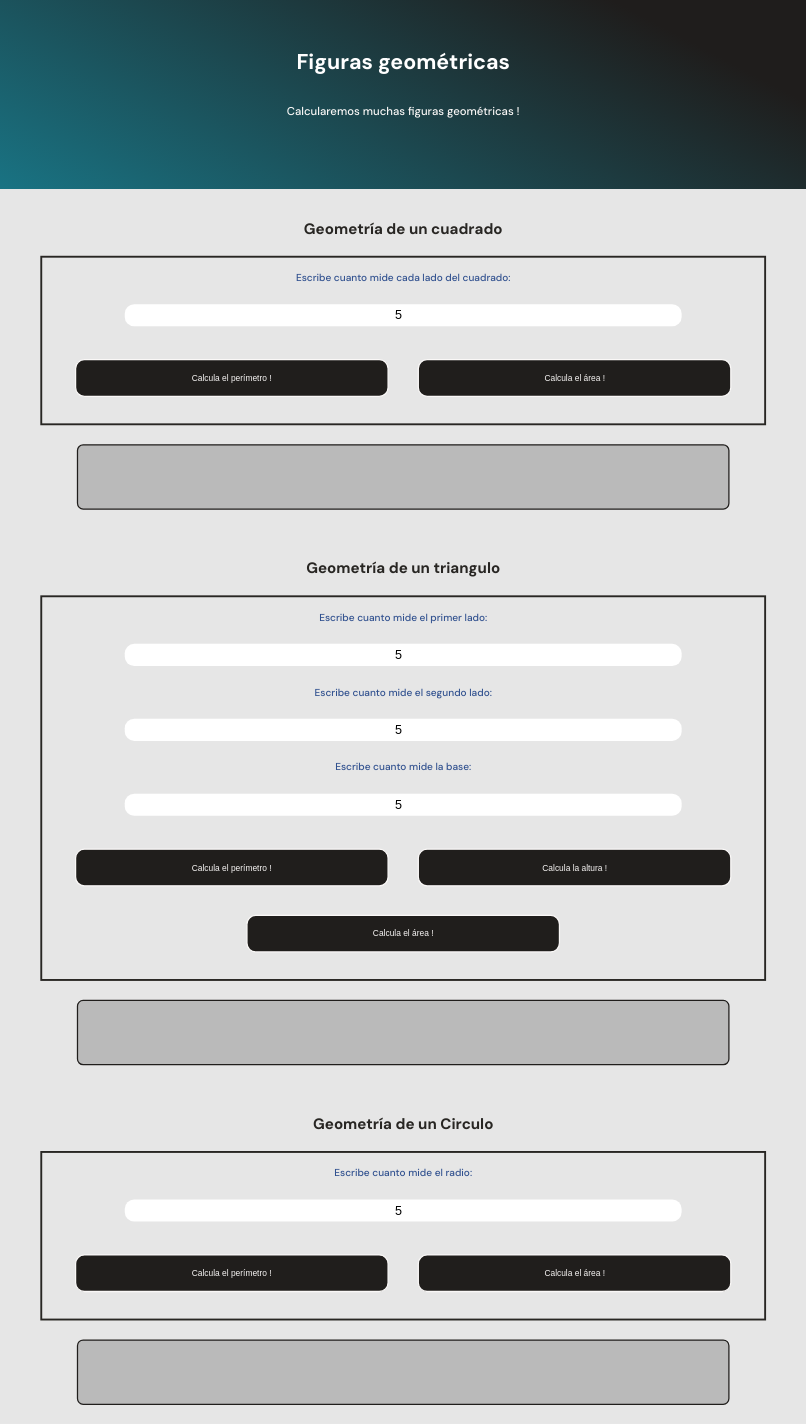
Repository: ChristianGecchelin/javascript-project
Page: javascript-project/figuras-geometricas/figuras.html
These files come from the project's save history. The page is drawn as it stood at one moment and after the next save; the edit follows.
The browser window is 1280 px wide. The pictures show the whole page, at 63% of full size.
Empty fields were first filled with sample values (such as "Sample", 5 or name@example.com).
After loading, the first visible `button[onclick="calcularAreaCirculo()"]` was clicked once.

Above is the page before, as saved 2021-12-05 18:55:07.
Console error: ReferenceError: precioConDescuento is not defined

### javascript-project/figuras-geometricas/figuras.html
<!DOCTYPE html>
<html lang="en">
  <head>
    <meta charset="UTF-8" />
    <meta http-equiv="X-UA-Compatible" content="IE=edge" />
    <meta name="viewport" content="width=device-width, initial-scale=1.0" />
    <title>Figuras geométricas | Proyecto 1</title>
    <link rel="preconnect" href="https://fonts.googleapis.com" />
    <link rel="preconnect" href="https://fonts.gstatic.com" crossorigin />
    <link
      href="https://fonts.googleapis.com/css2?family=DM+Sans:wght@400;500;700&family=Inter:wght@300;500&display=swap"
      rel="stylesheet"
    />
    <link rel="stylesheet" href="./style.css" />
  </head>
  <body>
    <header>
      <div class="header--title-container">
        <h1>Figuras geométricas</h1>
        <p>Calcularemos muchas figuras geométricas !</p>
      </div>
    </header>
    <main>
      <section class="main-calculadora-contenedor">
        <h2 class="main-calculadora-contenedor--title">
          Geometría de un cuadrado
        </h2>
        <div class="main-calculadora-form-contenedor">
          <form action="">
            <label class="form--label-input" for="inputCuadrado"
              >Escribe cuanto mide cada lado del cuadrado:</label
            >
            <input class="form--input" type="number" id="inputCuadrado" />
            <button
              class="form--input-boton"
              type="button"
              onclick="calcularPerimetroCuadrado()"
            >
              Calcula el perímetro !
            </button>
            <button
              class="form--input-boton"
              type="button"
              onclick="calcularAreaCuadrado()"
            >
              Calcula el área !
            </button>
            <!-- type button, para quitarle el submit por defecto y que no me redireccione a ningun lado -->
          </form>
        </div>
        <section class="container-answer">
          <p id="resultFunction"></p>
        </section>
      </section>
      <section class="main-calculadora-contenedor">
        <h2 class="main-calculadora-contenedor--title">
          Geometría de un triangulo
        </h2>
        <div class="main-calculadora-form-contenedor">
          <form action="">
            <label class="form--label-input" for="inputLado1"
              >Escribe cuanto mide el primer lado:</label
            >
            <input class="form--input" type="number" id="inputLado1" />
            <label class="form--label-input" for="inputLado2"
              >Escribe cuanto mide el segundo lado:</label
            >
            <input class="form--input" type="number" id="inputLado2" />
            <label class="form--label-input" for="inputBase"
              >Escribe cuanto mide la base:</label
            >
            <input class="form--input" type="number" id="inputBase" />
            <button
              class="form--input-boton"
              type="button"
              onclick="calcularPerimetroTriangulo()"
            >
              Calcula el perímetro !
            </button>
            <button
              class="form--input-boton"
              type="button"
              onclick="calcularAlturaTriangulo()"
            >
              Calcula la altura !
            </button>
            <button
              class="form--input-boton"
              type="button"
              onclick="calcularAreaTriangulo()"
            >
              Calcula el área !
            </button>
            <!-- type button, para quitarle el submit por defecto y que no me redireccione a ningun lado -->
          </form>
        </div>
        <section class="container-answer">
          <p id="resultFunction"></p>
        </section>
      </section>
      <section class="main-calculadora-contenedor">
        <h2 class="main-calculadora-contenedor--title">
          Geometría de un Circulo
        </h2>
        <div class="main-calculadora-form-contenedor">
          <form action="">
            <label class="form--label-input" for="inputRadio"
              >Escribe cuanto mide el radio:</label
            >
            <input class="form--input" type="number" id="inputRadio" />
            <button
              class="form--input-boton"
              type="button"
              onclick="calcularPerimetroCirculo()"
            >
              Calcula el perímetro !
            </button>
            <button
              class="form--input-boton"
              type="button"
              onclick="calcularAreaCirculo()"
            >
              Calcula el área !
            </button>
            <!-- type button, para quitarle el submit por defecto y que no me redireccione a ningun lado -->
          </form>
        </div>
        <section class="container-answer">
          <p id="resultFunction"></p>
        </section>
      </section>
    </main>
    <script src="./figurasConFunciones.js"></script>
  </body>
</html>

### javascript-project/figuras-geometricas/style.css
:root {
  --Dark-lightblue: #197383;
  --soft-orange: #ffe9d5;
  --secondary-blue: #1a9af7;
  --soft-blue: #e7f5ff;
  --warm-black: #201e1c;
  --black: #282623;
  --grey: #bababa;
  --off-white: #faf8f7;
  --just-white: #fff;
}
* {
  box-sizing: border-box;
  margin: 0;
  padding: 0;
}
html {
  font-size: 62.5%;
  font-family: "DM Sans", sans-serif;
}
header {
  position: relative;
  display: flex;
  flex-direction: column;
  justify-content: center;
  width: 100%;
  min-width: 320px;
  height: 300px;
  text-align: center;
  background: linear-gradient(207.8deg, #1f1d1c 16.69%, #197383 100%);
}
header .header--title-container {
  width: 90%;
  min-width: 288px;
  max-width: 900px;
  height: 200px;
  text-align: center;
  align-self: center;
}
header .header--title-container h1 {
  margin-top: 30px;
  margin-bottom: 50px;
  font-size: 3.4rem;
  font-weight: 700;
  line-height: 3.6rem;
  color: var(--just-white);
}
header .header--title-container p {
  font-size: 1.8rem;
  font-weight: 500;
  line-height: 2.2rem;
  color: var(--off-white);
}
main {
  width: 100%;
  height: auto;
  background-color: rgba(206, 206, 206, 0.5);
  min-width: 320px;
}
.main-calculadora-contenedor {
  width: 90%;
  min-width: 280px;
  height: auto;
  margin: 0 auto;
  padding-top: 50px;
  padding-bottom: 30px;
  text-align: center;
}
.main-calculadora-contenedor--title {
  margin-bottom: 30px;
  font-size: 2.4rem;
  font-weight: 700;
  line-height: 2.6rem;
  color: var(--black);
}
.main-calculadora-form-contenedor {
  display: flex;
  flex-direction: column;
  justify-content: center;
  height: auto;
  border: 3px solid var(--black);
  padding: 20px 20px;
}
.main-calculadora-form-contenedor .form--label-input {
  display: block;
  font-size: 1.6rem;
  font-weight: 500;
  line-height: 2.4rem;
  color: rgba(34, 68, 136, 0.92);
}
.main-calculadora-form-contenedor .form--input {
  display: block;
  width: 80%;
  height: 35px;
  margin: 30px auto;
  border: none;
  border-radius: 15px;
  text-align: center;
  font-size: 2rem;
  font-weight: 500;
}
.main-calculadora-form-contenedor .form--input:focus {
  border: 5px solid var(--Dark-lightblue);
  width: 85%;
  border-radius: 15px;
}
.main-calculadora-form-contenedor .form--input-boton {
  width: 45%;
  height: 60px;
  margin: 2%;
  padding: 5px 10px;
  border: 2px solid var(--off-white);
  border-radius: 15px;
  background-color: var(--warm-black);
  color: var(--off-white);
}
.container-answer {
  width: 90%;
  min-width: 260px;
  height: auto;
  margin: 0 auto;
  margin-top: 30px;
  padding-top: 50px;
  padding-bottom: 50px;
  text-align: center;
  background-color: #bababa;
  border: 2px solid var(--warm-black);
  border-radius: 10px;
}
.container-answer p {
  font-size: 3rem;
  font-weight: 700;
  line-height: 2.4rem;
  color: var(--Dark-lightblue);
}

### javascript-project/figuras-geometricas/figurasConFunciones.js
/* Codigo del cuadrado */
console.group("Cuadrado");
function perimetroCuadrado(lado) {
  return lado * 4;
}
/* console.log(`Perimetro del cuadrado es: ${perimetroCuadrado} cm.`); */
function areaCuadrado(lado) {
  return (
    lado ** 2
  ); /* debe estar escrito de igual manera el parametro que el return */
}

/* console.log(`El area del cuadrado es: ${areaCuadrado} cm^2.`); */
console.groupEnd();

/* Codigo del triangulo */
console.group("Triangulo");

function perimetroTriangulo(lado1, lado2, base) {
  return lado1 + lado2 + base;
}
function calcularAltura(lado1, lado2, lado3) {
  let ladosIguales;
  let ladoBase;
  let altura;

  if (
    lado1 + lado2 <= lado3 ||
    lado1 + lado3 <= lado2 ||
    lado2 + lado3 <= lado1
  ) {
    alert(
      "En un triangulo la base no puede ser mayor a la suma de sus catetos"
    );
  } else {
    switch (true) {
      case lado1 === lado2:
        ladosIguales = lado1;
        ladoBase = lado3;
        break;
      case lado1 === lado3:
        ladosIguales = lado1;
        ladoBase = lado2;
        break;
      case lado3 === lado2:
        ladosIguales = lado2;
        ladoBase = lado1;
        break;
    }
    if (!ladosIguales) {
      alert("Tu triangulo no es isosceles, ingresa la altura");
    } else {
      altura = Math.sqrt(ladosIguales ** 2 - ladoBase ** 2 / 4);
    }
  }
  return ladosIguales, ladoBase, altura;
}
function areaTriangulo(ladoBase, altura) {
  return (
    (ladoBase * altura) / 2
  ); /* tengo que llamar a la funcion altura para pasarle el dato */
}
console.groupEnd();

//Codigo Circulo
console.group("Circulo");
function diametroCirculo(radio) {
  return radio * 2;
}
const pi = Math.PI;
function circunferencia(radio) {
  const diametro = diametroCirculo(radio);
  /* llamo a una funcion dentro de otra y creo una variable que tiene alcance local */
  return diametro * pi;
}
function superficieCirculo(radio) {
  return pi * radio ** 2;
}

console.groupEnd();
/* Creo una funcion, que a traves del id obtengo lo que el usuario ingreso en el input. y con eso le saco el value que le paso
a la funcion que cree antes y es la encargada de hacer el calculo para luego mostrarse en un aler */
function calcularPerimetroCuadrado() {
  const input = document.getElementById("inputCuadrado");
  const value = input.value;
  const perimetro = perimetroCuadrado(value);
  alert(perimetro);
}
function calcularAreaCuadrado() {
  const input = document.getElementById("inputCuadrado");
  const value = input.value;
  const area = areaCuadrado(value);
  alert(area);
}

function calcularPerimetroTriangulo() {
  const inputLado1 = document.getElementById("inputLado1");
  const valueLado1 = Number(inputLado1.value);
  const inputLado2 = document.getElementById("inputLado2");
  const valueLado2 = Number(inputLado2.value);
  const inputBase = document.getElementById("inputBase");
  const valueBase = Number(inputBase.value);
  /* Es importante ponerle number porque por mas que el input tenga type number, este lo transforma como un string */
  const perimetro = perimetroTriangulo(valueLado1, valueLado2, valueBase);
  alert(perimetro);
}

function calcularAlturaTriangulo() {
  const inputLado1 = document.getElementById("inputLado1");
  const valueLado1 = Number(inputLado1.value);
  const inputLado2 = document.getElementById("inputLado2");
  const valueLado2 = Number(inputLado2.value);
  const inputBase = document.getElementById("inputBase");
  const valueBase = Number(inputBase.value);
  const alturaTriangulo = calcularAltura(valueLado1, valueLado2, valueBase);
  alert(alturaTriangulo);
}

function calcularAreaTriangulo() {
  /* const inputAltura = document.getElementById("inputAltura");
  const valueAltura = Number(inputAltura.value);
  const inputBase = document.getElementById("inputBase");
  const valueBase = inputBase.value;
  const area = areaTriangulo(valueAltura, valueBase);
  alert(area); */
  const inputLado1 = document.getElementById("inputLado1");
  const valueLado1 = Number(inputLado1.value);
  const inputLado2 = document.getElementById("inputLado2");
  const valueLado2 = Number(inputLado2.value);
  const inputBase = document.getElementById("inputBase");
  const valueBase = Number(inputBase.value);
  const altura = calcularAltura(valueLado1, valueLado2, valueBase);
  const area = areaTriangulo(valueBase, altura);
  alert(area);
}

function calcularPerimetroCirculo() {
  const inputRadio = document.getElementById("inputRadio");
  const valueRadio = inputRadio.value;
  const perimetro = circunferencia(valueRadio);
  alert(perimetro);
}
function calcularAreaCirculo() {
  const inputRadio = document.getElementById("inputRadio");
  const valueRadio = inputRadio.value;
  const superficie = superficieCirculo(valueRadio);
  const resultFunction = document.getElementById("resultFunction");
  resultFunction.innerText = `El precio con descuento es: ${precioConDescuento}`;
}

After the next save:
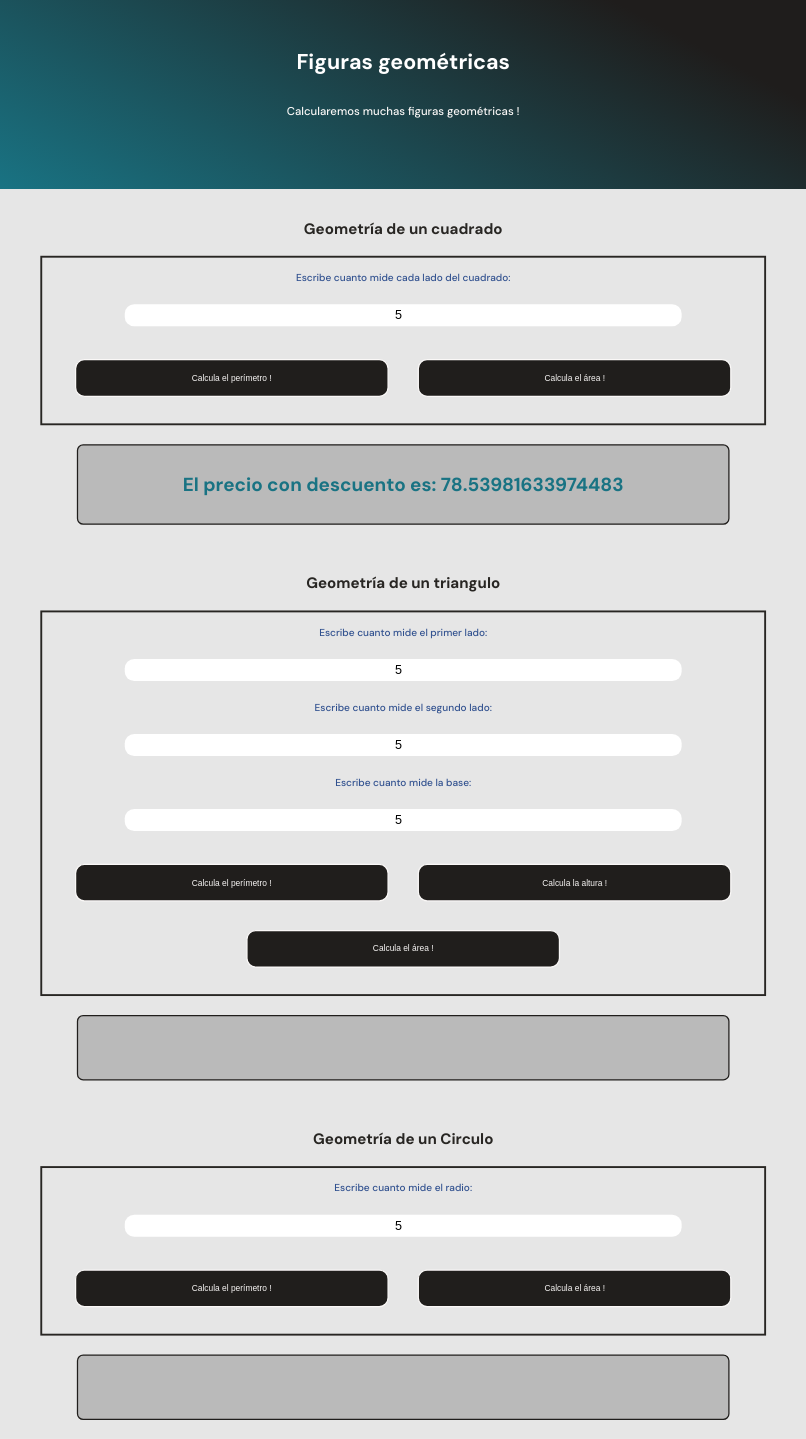
The error is gone.
Saved 7 s later.
--- a/javascript-project/figuras-geometricas/figurasConFunciones.js
+++ b/javascript-project/figuras-geometricas/figurasConFunciones.js
@@ -145,5 +145,5 @@ function calcularAreaCirculo() {
   const valueRadio = inputRadio.value;
   const superficie = superficieCirculo(valueRadio);
   const resultFunction = document.getElementById("resultFunction");
-  resultFunction.innerText = `El precio con descuento es: ${precioConDescuento}`;
+  resultFunction.innerText = `El precio con descuento es: ${superficie}`;
 }
